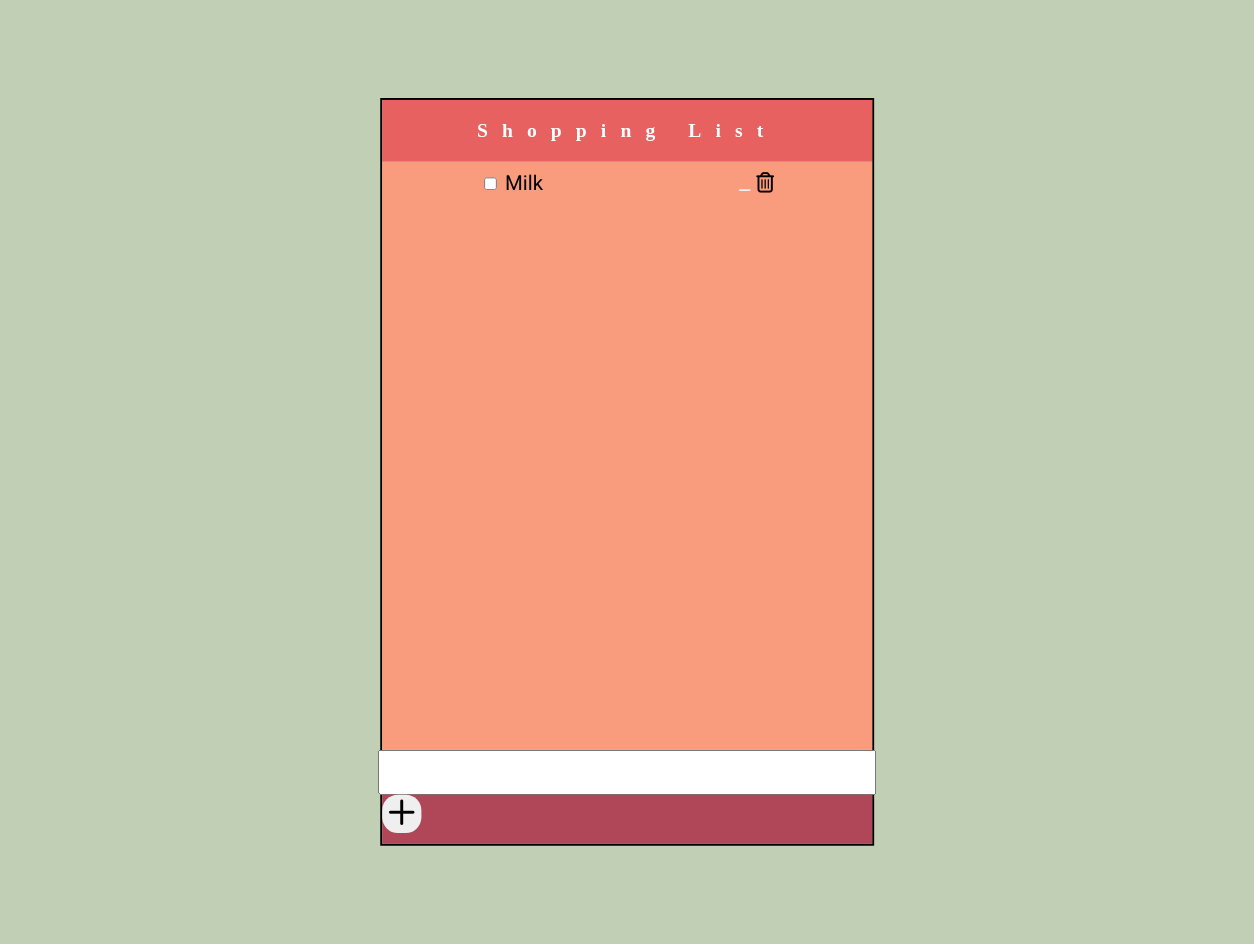
Repository: sephinejo/shopping-list-app
Page: index.html
An editor plug-in stored every save of this project. The page is shown before and after the next save, followed by the edit.
The browser window is 1280 px wide. The pictures show the whole page, at 98% of full size.
Some web fonts or font styles are not loaded; a fallback is used. Some web libraries are served in a nearby version.

Above is the page before, as saved 2023-05-11 22:42:19.

After the next save:
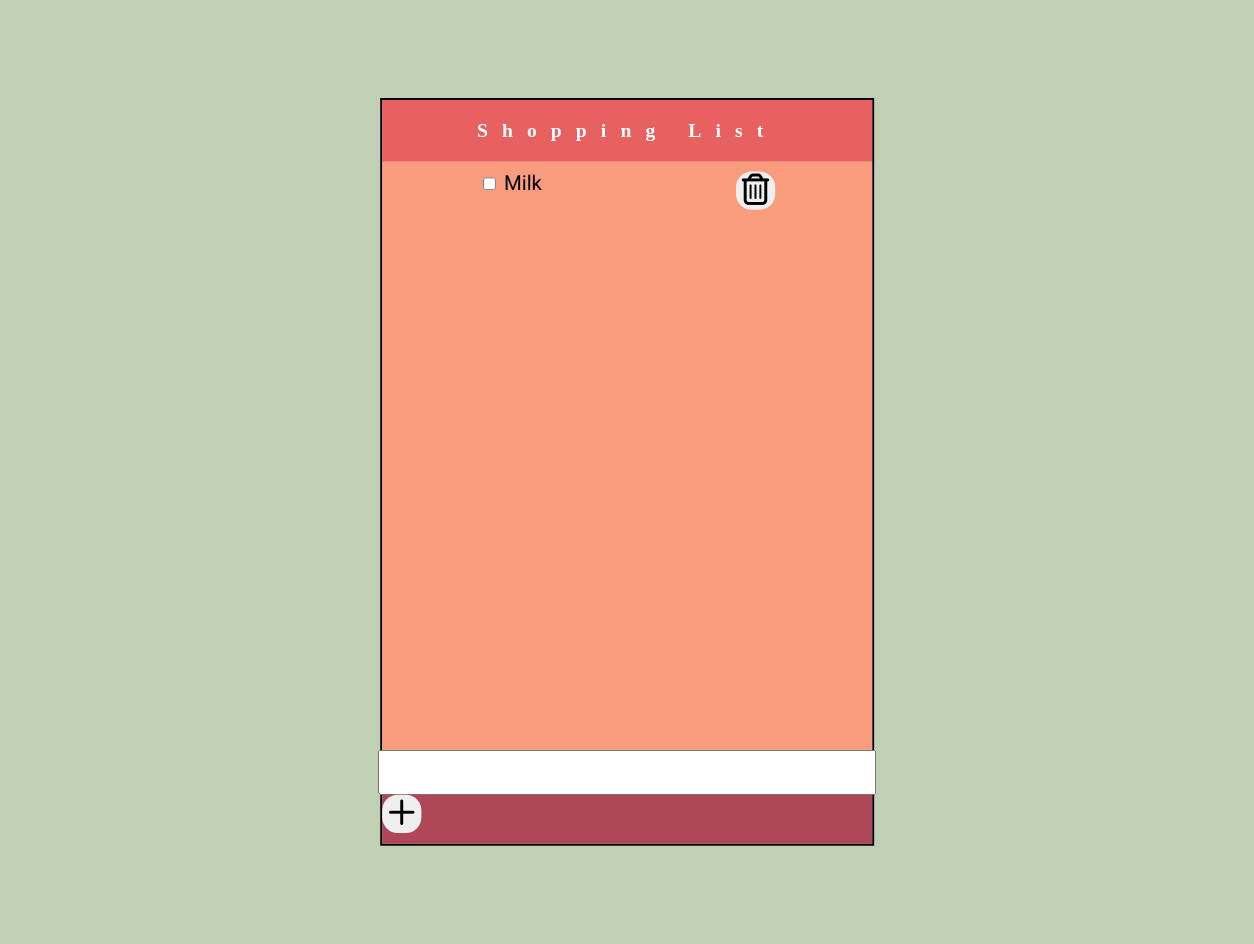
Saved 12 s later.
--- a/index.html
+++ b/index.html
@@ -37,8 +37,7 @@
               <label for="item__name">Milk</label>
             </div>
             <div class="item__delete">
-              <button></button>
-              <i class="fa-regular fa-trash-can"></i>
+              <button><i class="fa-regular fa-trash-can"></i></button>
             </div>
           </li>
         </ul>
